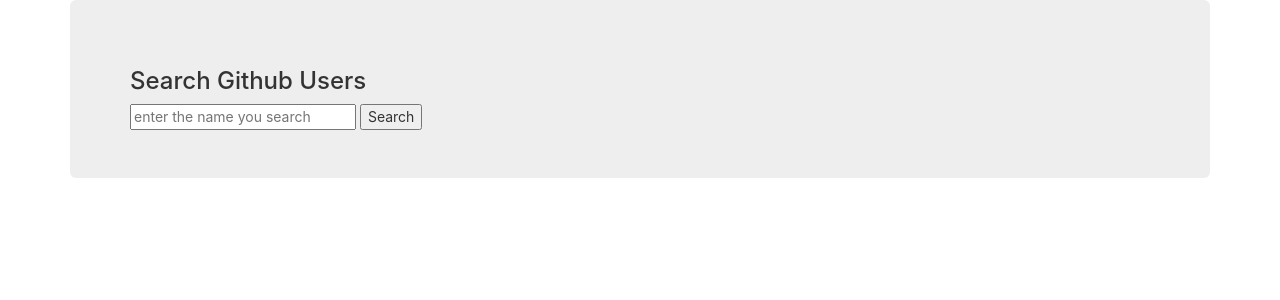
Repository: Shanshan67/React_a
Page: /home
An editor plug-in stored every save of this project. The page is shown before and after the next save, followed by the edit.
The browser window is 1280 px wide. The pictures show the whole page.
The project was rebuilt for these pictures with package versions that can differ from the ones it lists, and the page was loaded fresh each time. Also part of the build but not shown: src/components/List/index.css.

Above is the page before, as saved 2022-12-07 01:31:07.

### public/index.html
<!DOCTYPE html>
<html lang="en">
  <head>
    <meta charset="utf-8" />
    <link rel="icon" href="%PUBLIC_URL%/favicon.ico" />
    <meta name="viewport" content="width=device-width, initial-scale=1" />
    <meta name="theme-color" content="#000000" />
    <meta
      name="description"
      content="Web site created using create-react-app"
    />
    <link rel="apple-touch-icon" href="%PUBLIC_URL%/logo192.png" />
    <!--
      manifest.json provides metadata used when your web app is installed on a
      user's mobile device or desktop. See https://developers.google.com/web/fundamentals/web-app-manifest/
    -->
    <link rel="manifest" href="%PUBLIC_URL%/manifest.json" />
    <link rel="stylesheet" href="./css/bootstrap.css" />
    <!--
      Notice the use of %PUBLIC_URL% in the tags above.
      It will be replaced with the URL of the `public` folder during the build.
      Only files inside the `public` folder can be referenced from the HTML.

      Unlike "/favicon.ico" or "favicon.ico", "%PUBLIC_URL%/favicon.ico" will
      work correctly both with client-side routing and a non-root public URL.
      Learn how to configure a non-root public URL by running `npm run build`.
    -->
    <title>React App</title>
  </head>
  <body>
    <noscript>You need to enable JavaScript to run this app.</noscript>
    <div id="root"></div>
    <!--
      This HTML file is a template.
      If you open it directly in the browser, you will see an empty page.

      You can add webfonts, meta tags, or analytics to this file.
      The build step will place the bundled scripts into the <body> tag.

      To begin the development, run `npm start` or `yarn start`.
      To create a production bundle, use `npm run build` or `yarn build`.
    -->
  </body>
</html>

### src/App.jsx
import React, { Component } from 'react'
import Search from './components/Search'
import List from './components/List'

export default class App extends Component {
  state={
    users:[],
    isFirst:true,
    isLoading:false,
    err:' '
  }

  updateAppState =(stateObj)=>{
    this.setState(stateObj)
  }

  render() {
    //const {users} = this.state <List users={users}/>
    return (
      <div className="container">
        <Search updateAppState={this.updateAppState} />
        <List {...this.state} />
      </div>
    )
  }
}

### src/components/Search/index.jsx
import React, { Component } from 'react'
import axios from 'axios'

export default class Search extends Component {
    search = ()=>{
        const {keyWordElement:{value:keyword}} = this
        this.props.updateAppState({isFirst:false,isLoading:true})
        axios.get(`https://api.github.com/search/users?q=${keyword}`).then(
            response =>{
                this.props.updateAppState({users:response.data.items,isLoading:false})
            },
            error=>{
                this.props.updateAppState({isLoading:false,err:error})
            }
        )
    }
    render() {
        return (
            <section className="jumbotron">
                <h3 className="jumbotron-heading">Search Github Users</h3>
                <div>
                <input ref={c=>this.keyWordElement = c} type="text" placeholder="enter the name you search"/>&nbsp;
                <button onClick={this.search}>Search</button>
                </div>
            </section>
        )
    }
}

### src/components/List/index.jsx
import React, { Component } from 'react'
import './index.css'

export default class List extends Component {
  render() {
    const {users,isFirst,isLoading,err} = this.props
    return (
        <div className="row">
            {
                users.map((userObj)=>{
                    return (
                        <div key={userObj.id} className="card">
                            <a rel="noreferrer" href={userObj.html_url} target="_blank">
                            <img alt="head_portrait" src={userObj.avatar_url} style={{width: '100px'}}/>
                            </a>
                            <p className="card-text">{userObj.login}</p>
                        </div>
                    )
                })
            }
        </div>
    )
  }
}

Loaded but not shown: src/index.js (common file); src/index.css (common file); src/reportWebVitals.js (common file); public/css/bootstrap.css (library)

After the next save:
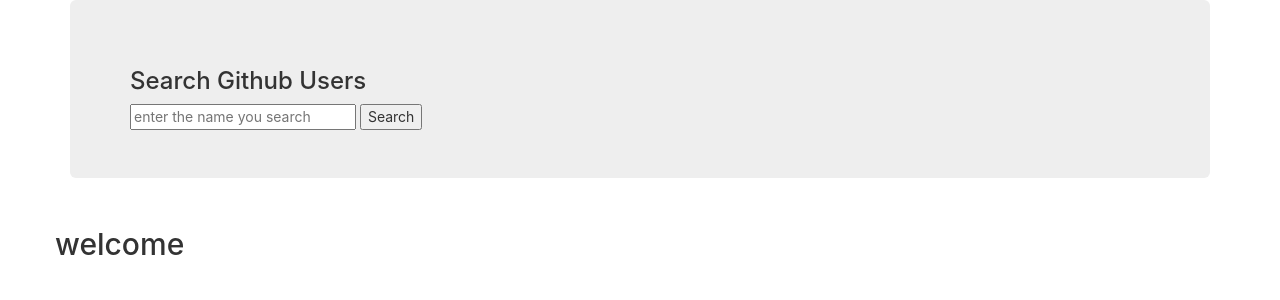
Saved 2 min 59 s later.
--- a/src/components/List/index.jsx
+++ b/src/components/List/index.jsx
@@ -7,6 +7,9 @@
     return (
         <div className="row">
             {
+                isFirst ? <h2>welcome</h2> :
+                isLoading ? <h2>Loading</h2> :
+                err ? <h2 style={{color:'red'}}>{err}</h2> :
                 users.map((userObj)=>{
                     return (
                         <div key={userObj.id} className="card">
